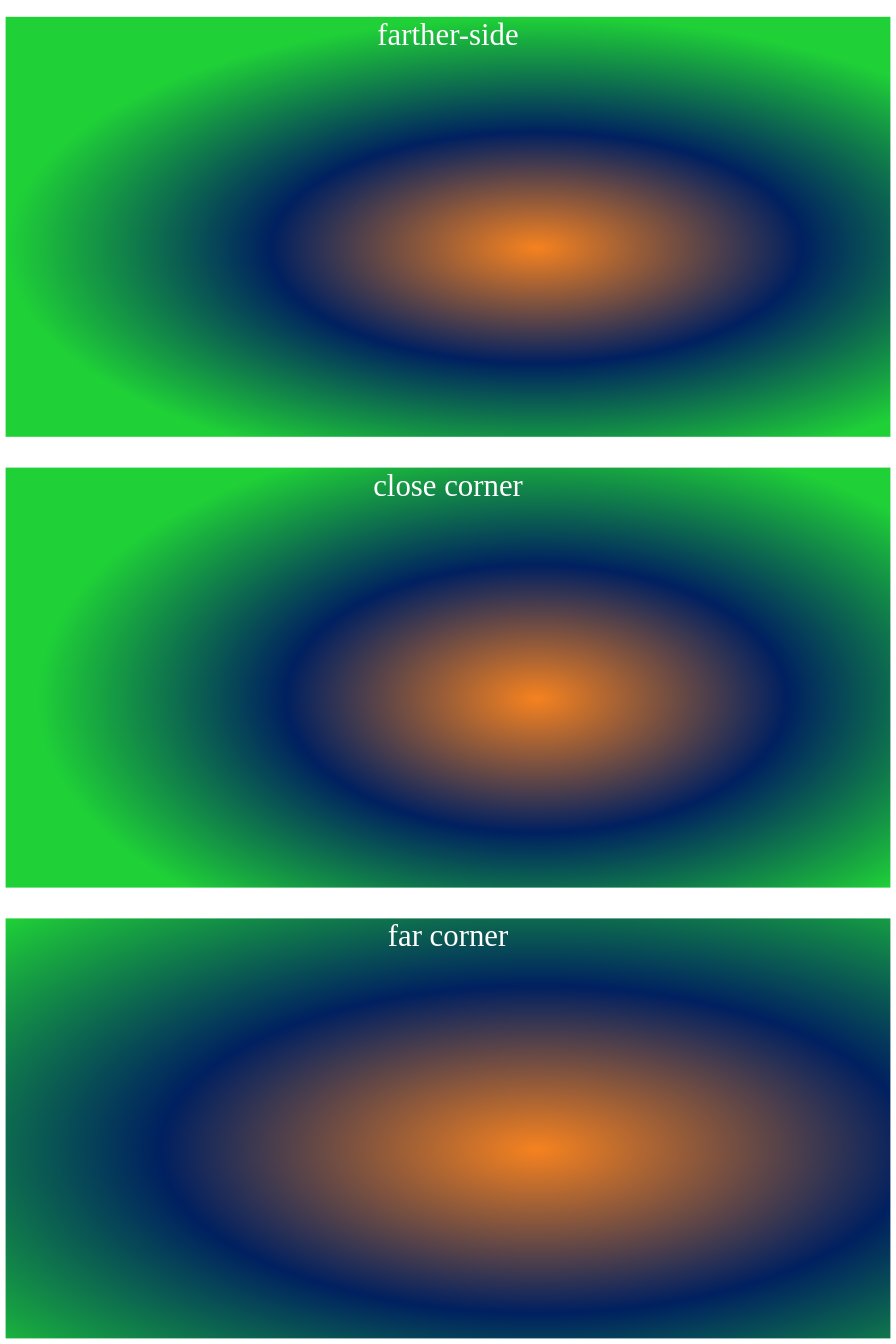
Repository: Pema-yangki/Css
Page: color.html
These files come from the project's save history. The page is drawn as it stood at one moment and after the next save; the edit follows.
The browser window is 1280 px wide. The pictures show the part of the page from y = 2700 to 4620 px (the page is 4620 px tall), at 70% of full size.

Above is the page before, as saved 2024-03-27 10:29:36.

### color.html
<!DOCTYPE html>
<html lang="en">
<head>
    <meta charset="UTF-8">
    <meta name="viewport" content="width=device-width, initial-scale=1.0">
    <title>Document</title>
    <style>
        div{
    margin-top: 20px;
    color: white;
    text-align: center;
    font-size: 44px;
}

.linear {
    background-image: linear-gradient(to right, #f7b485, #201502);
    width: 100%;
    height: 100px;
    padding: 20px;
}
.linearleft{
    background-image: linear-gradient(to bottom right, #f76a06, #201502);
    width: 100%;
    height: 100px;
    padding: 20px;
}
.angles {
    background-image: linear-gradient(45deg, #f76a06, #201502);
    width: 100%;
    height: 100px;
    padding: 20px;
}
.multi {
    background-image: linear-gradient(to right, red, orange, yellow, green, blue, indigo, violet);
    width: 100%;
    height: 100px;
    padding: 20px;
}
.styled-link {
    display: inline-block;
    padding: 10px 20px;
    background-color: #4CAF50;
    color: white;
    text-decoration: none;
    border-radius: 5px;
    transition: background-color 0.3s ease;
}

/* Hover effect */
.styled-link:hover {
    background-color: #45a049;
}

/* .linear{
    background-image: linear-gradient(to right, #ff7e5f, #feb47b);

    /* Set some additional styles for demonstration */
    /* width: 100%;
    height: 200px;
    border-radius: 10px;
    padding: 20px;
    color: white;
    text-align: center;
    font-size: 24px;
    font-family: Arial, sans-serif;
} */

.evenlyspaced {
    background-image:radial-gradient(#f6821f,#002060,#1fd137);
    height: 600px;
}
.differentlyspaced {
    background-image: radial-gradient(#f6821f
5%,#002060 15%,#1fd137 60%);
height: 600px;

}

.normal{
    background-image:
radial-gradient(at 60%
55%,#f6821f,#002060,#1fd137);
height: 600px;
}
.closest{
    background-image:
radial-gradient(closest-side at 60%
55%,#f6821f,#002060,#1fd137);
height: 600px;
}

.farther {
    background-image:
radial-gradient(farthest-side at 60%
55%,#f6821f,#002060,#1fd137);
height: 600px;
}
.closestcorner{
    background-image:
radial-gradient(closest-corner at 60%
55%,#f6821f,#002060,#1fd137);
height: 600px;
}

.Farthercorner{
    background-image:
radial-gradient(farthest-corner at 60%
55%,#f6821f,#002060,#1fd137);
height: 600px;
}

.threecolors{
    background-image:conic-gradient(#f6821f,#002060,#1fd137);
    height: 300px;}

.threecolorswithdegree{
    background-image: conic-gradient(#f6821f
10deg,#002060 160deg,#1fd137 180deg);
height: 300px;}

.piechart{
    background-image: conic-gradient(#f6821f
0deg,#f6821f 45deg,#002060 45deg,#002060
200deg,#1fd137 200deg);
border-radius: 50%;
height: 300px;
}

.withangle{
    background-image: conic-gradient(from 90deg,
#f6821f ,#002060,#1fd137);
height: 300px;
}

.center{
    background-image: conic-gradient(at 20% 25%,
#f6821f ,#002060,#1fd137);
height: 300px;
}
    </style>
</head>
<body>
    <a href="index.html" class="styled-link">Linear Gradient</a>
    <a href="conic.html" class="styled-link">Conic Gradient</a>
    <h1>Radial Gradient</h1>
    <div class="evenlyspaced">
        <p>Evenly spaced</p>
    </div>
    <div class="differentlyspaced">
        <p>Differently spaced</p>
    </div>
    <div class="normal">
        <p>normal-side</p>
    </div>
     <div class="closest">
        <p>Closest-side</p>
    </div>
    <div class="farther">
        <p>farther-side</p>
    </div>

    <div class="closestcorner">
        <p>close corner</p>
    </div>
    <div class="Farthercorner">
        <p>far corner</p>
    </div>

</body>
</html>

After the next save:
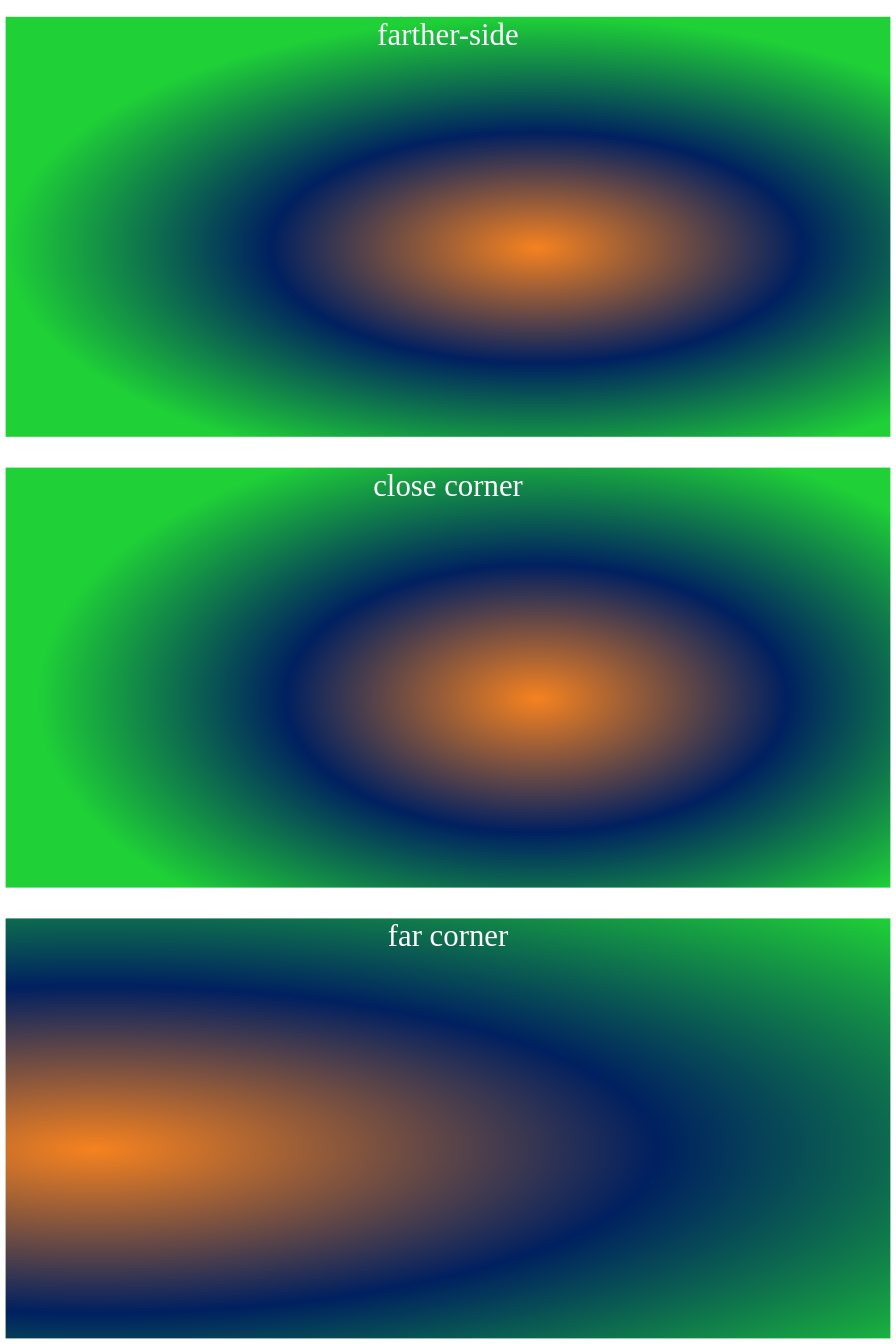
Saved 77 s later.
--- a/color.html
+++ b/color.html
@@ -104,7 +104,7 @@
 
 .Farthercorner{
     background-image:
-radial-gradient(farthest-corner at 60%
+radial-gradient(farthest-corner at 10%
 55%,#f6821f,#002060,#1fd137);
 height: 600px;
 }

After the save that followed:
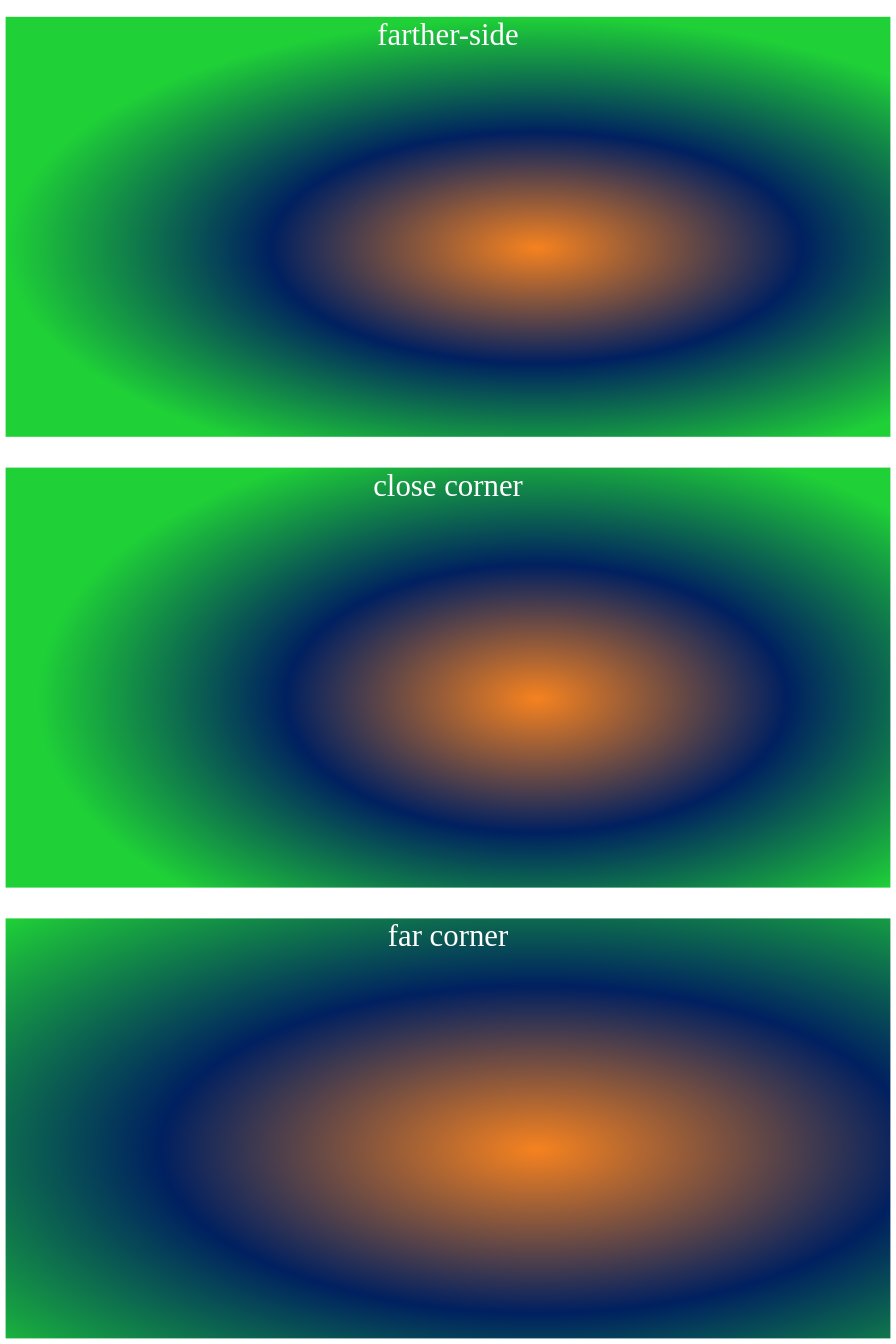
Saved 15 s later.
--- a/color.html
+++ b/color.html
@@ -104,7 +104,7 @@
 
 .Farthercorner{
     background-image:
-radial-gradient(farthest-corner at 10%
+radial-gradient(farthest-corner at 60%
 55%,#f6821f,#002060,#1fd137);
 height: 600px;
 }
